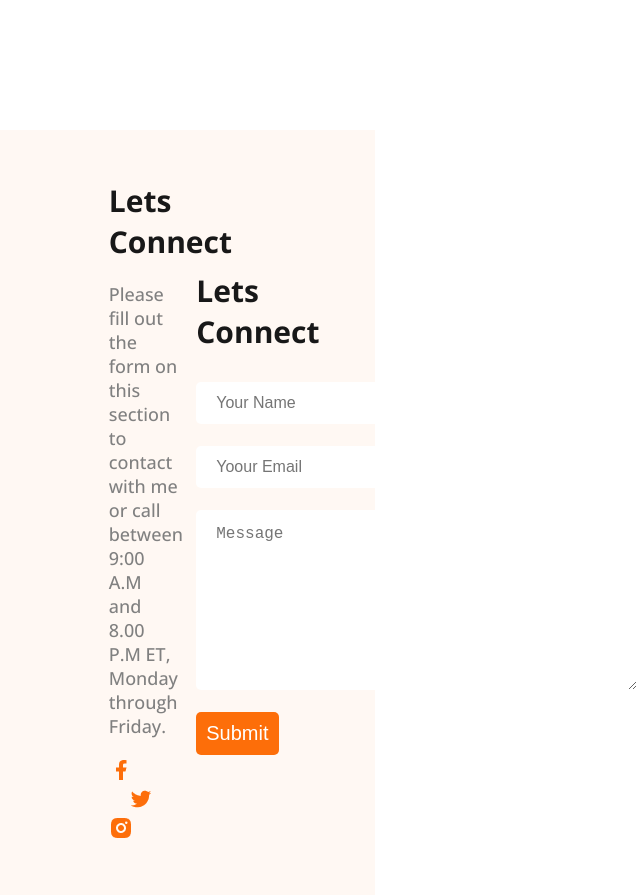
Repository: nahid-hasann/website-1
Page: index.html
An editor plug-in stored every save of this project. The page is shown before and after the next save, followed by the edit.
The browser window is 375 px wide. The page is 637 px wide, then 594 px, so the pictures cover 637 px, including what lies to the right of the window. The pictures show the whole page.

Above is the page before, as saved 2025-07-16 11:29:01.

After the next save:
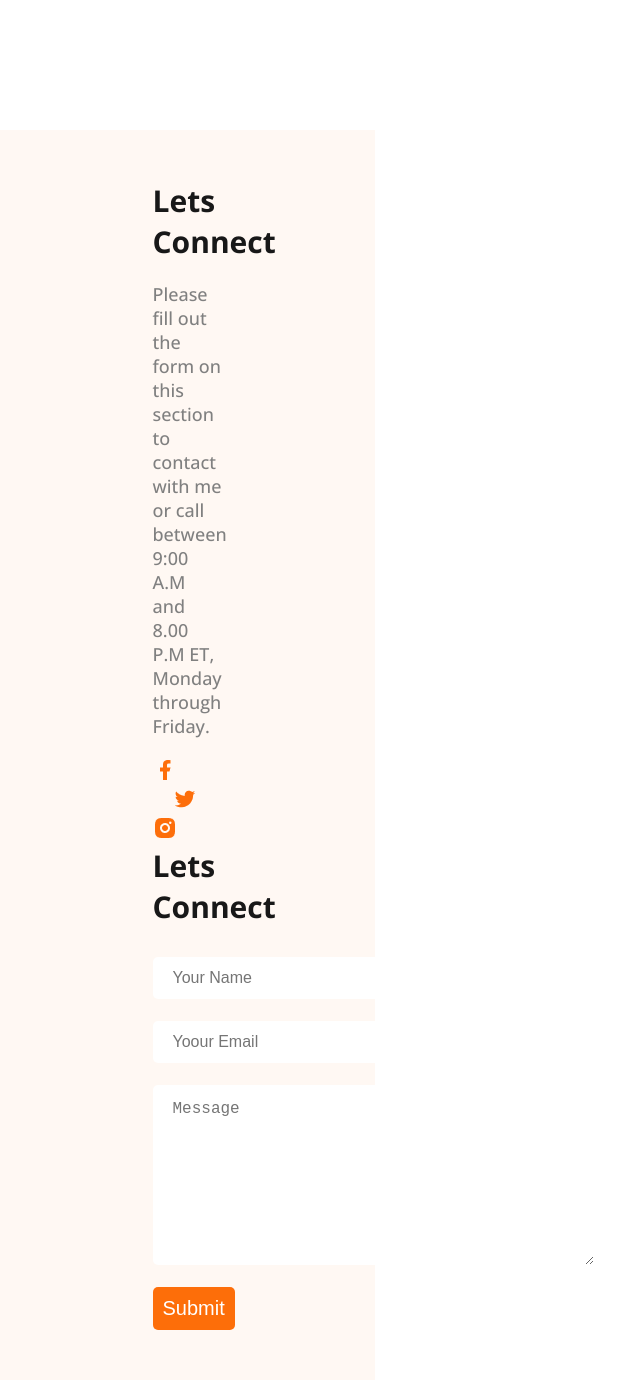
Saved 8 s later.
--- a/style.css
+++ b/style.css
@@ -347,6 +347,6 @@
     }
 
     .main-footer{
-        display: flex;
-    }
-}
+        flex-direction: column;
+    }
+}
